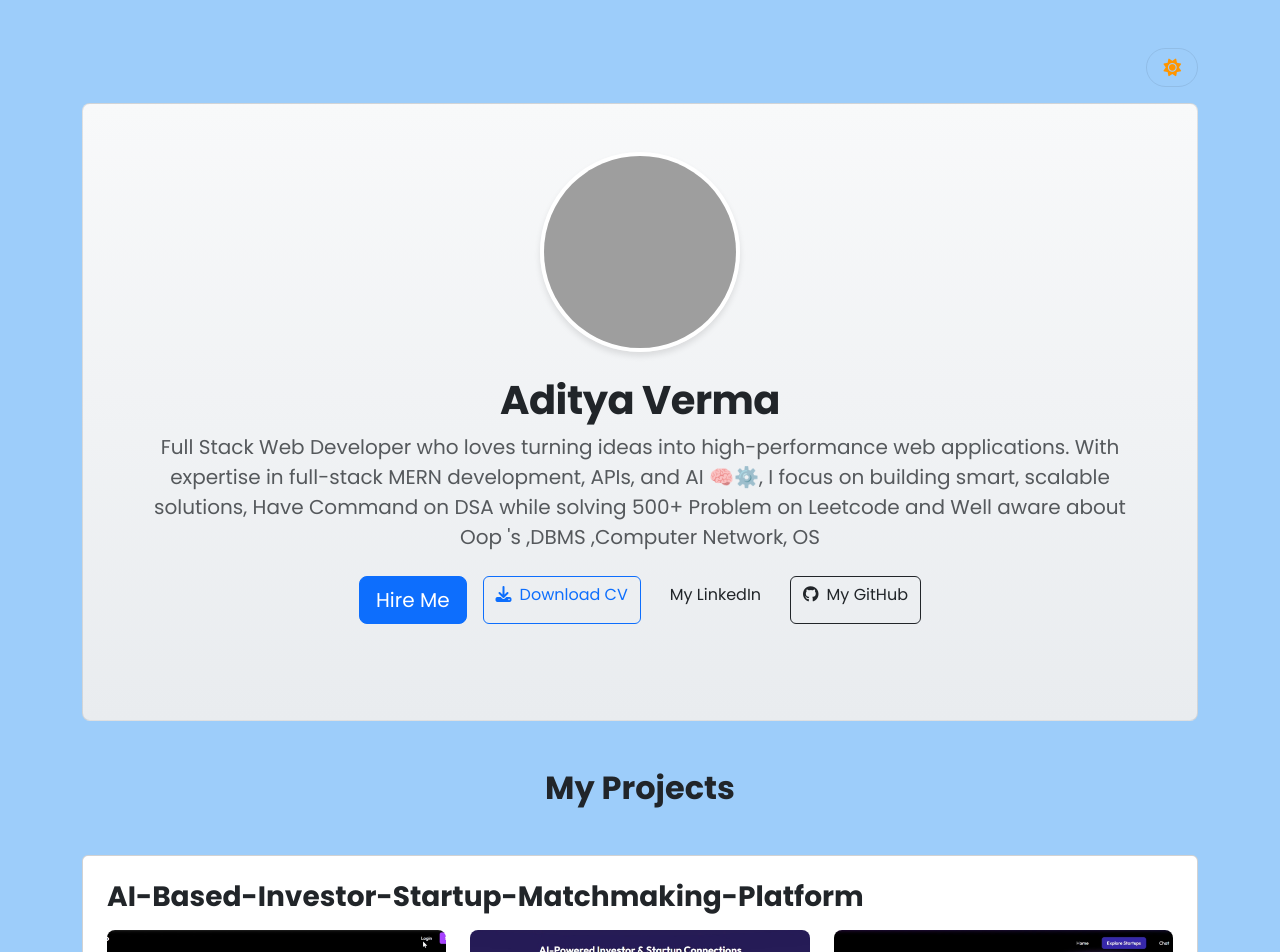
Repository: AdityaTech-Pro/Portfolio-Aditya-Verma
Page: Aditya Portfolio/index.html
An editor plug-in stored every save of this project. The page is shown before and after a run of saves, followed by the edit.
The browser window is 1280 px wide. The pictures show the part of the page from y = 0 to 952 px (the page is 4999 px tall).
Pictures or frames that could not be fetched are drawn as grey boxes.

Above is the page before, as saved 2026-01-07 23:44:11.

After the next 4 saves:
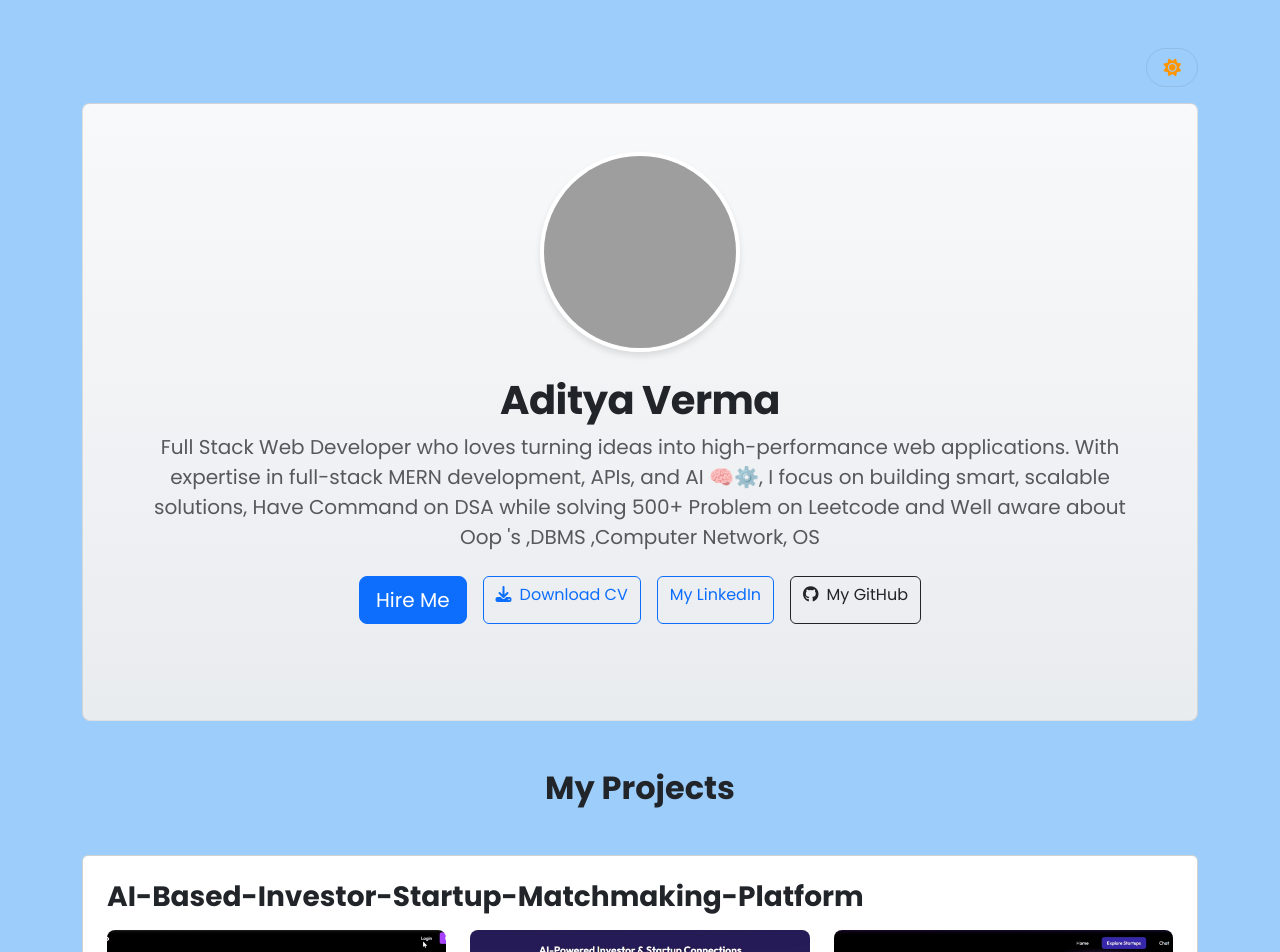
The 4 saves are shown as one change because they came seconds apart.
The last was saved 11 s later.
--- a/Aditya Portfolio/index.html
+++ b/Aditya Portfolio/index.html
@@ -232,7 +232,7 @@
                 <a href="./assets/Updated_Aditya_2Resume_by GLAFormat.pdf" class="btn btn-outline-primary " download>
                     <i class="fas fa-download me-2"></i>Download CV
                 </a>
-                <a href="www.linkedin.com/in/9905adityaverma" class="btn btn-outline-da " target="_blank ">
+                <a href="www.linkedin.com/in/9905adityaverma" class="btn btn-outline-primary " target="_blank ">
                     <i class=""></i>My LinkedIn
                 </a>
                 <a href="https://github.com/AdityaTech-Pro" class="btn btn-outline-dark " target="_blank ">
